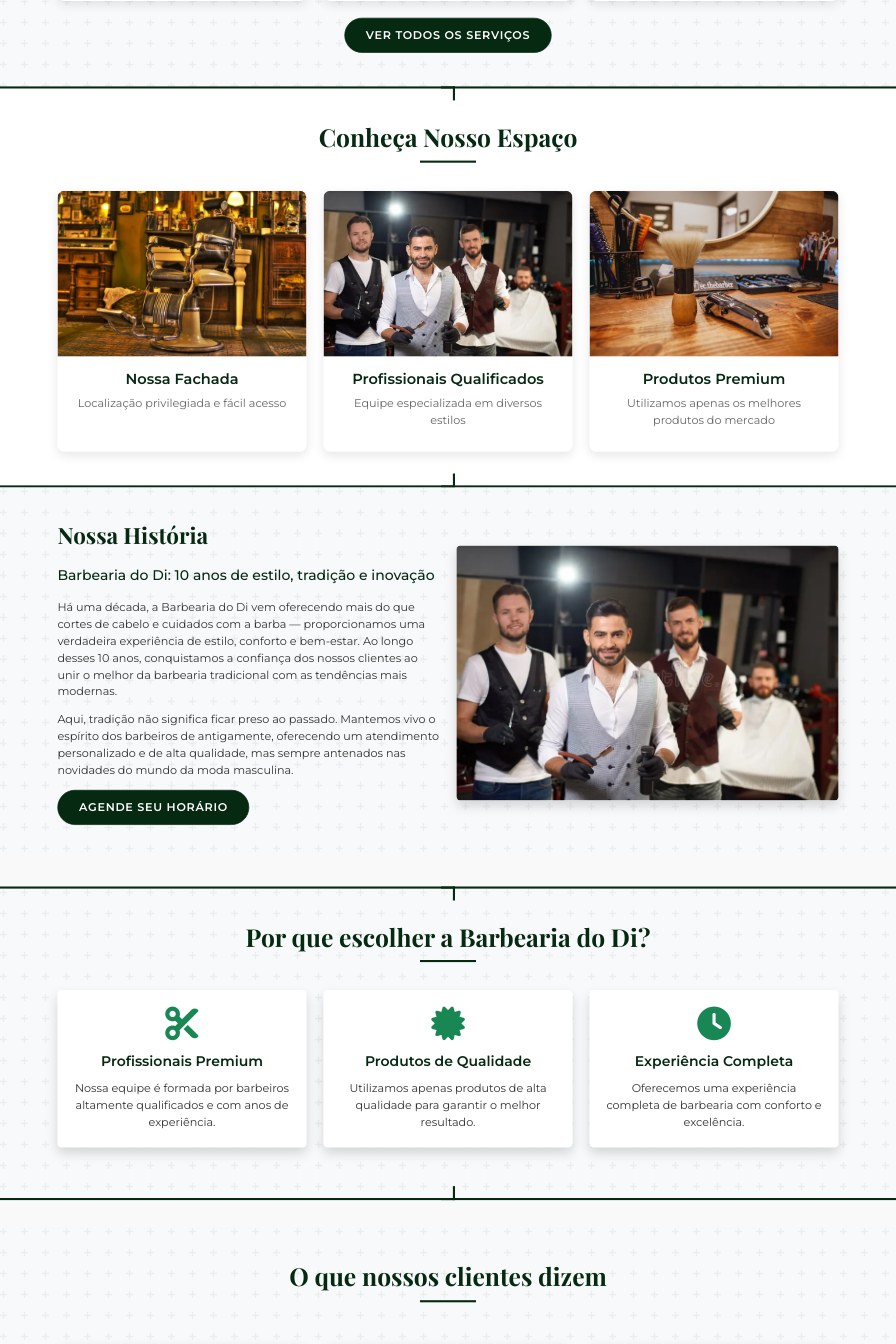
Repository: MichelAlmeida1990/Barbearia-do-Di
Page: index.html
An editor plug-in stored every save of this project. The page is shown before and after a run of saves, followed by the edit.
The browser window is 1280 px wide. The pictures show the part of the page from y = 1299 to 3219 px (the page is 4575 px tall), at 70% of full size.

Above is the page before, as saved 2025-04-30 08:53:25.

After the next 2 saves:
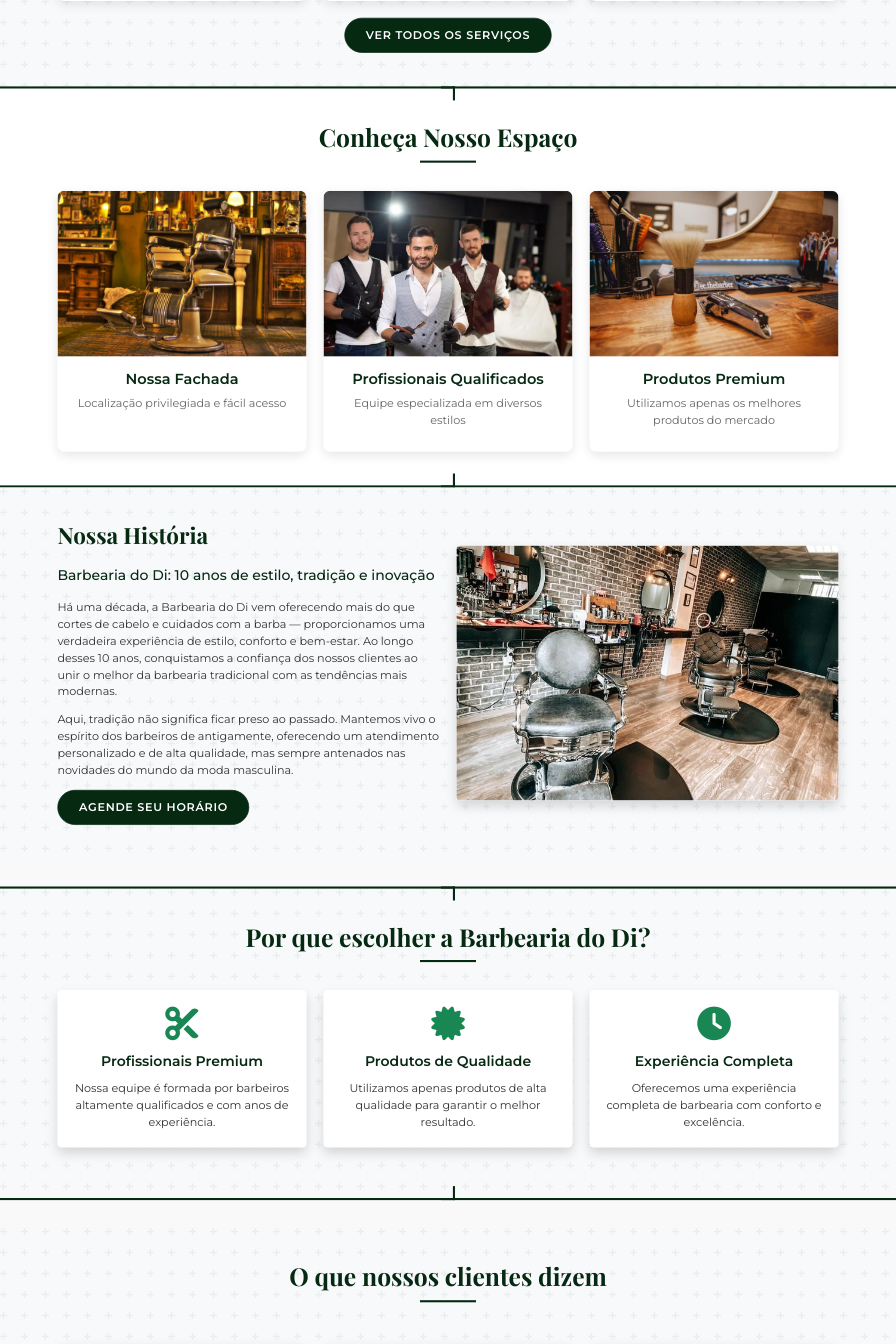
The 2 saves are shown as one change because they came seconds apart.
The last was saved 11 s later.
--- a/index.html
+++ b/index.html
@@ -191,7 +191,7 @@
           <a href="agendamento.html" class="btn btn-primary">Agende seu Horário</a>
         </div>
         <div class="col-lg-6 mt-4 mt-lg-0">
-          <img src="images/equipe.png" alt="Nossa equipe de barbeiros" class="img-fluid rounded shadow">
+          <img src="images/barbearia2.jpeg" alt="Nossa equipe de barbeiros" class="img-fluid rounded shadow">
         </div>
       </div>
     </div>
